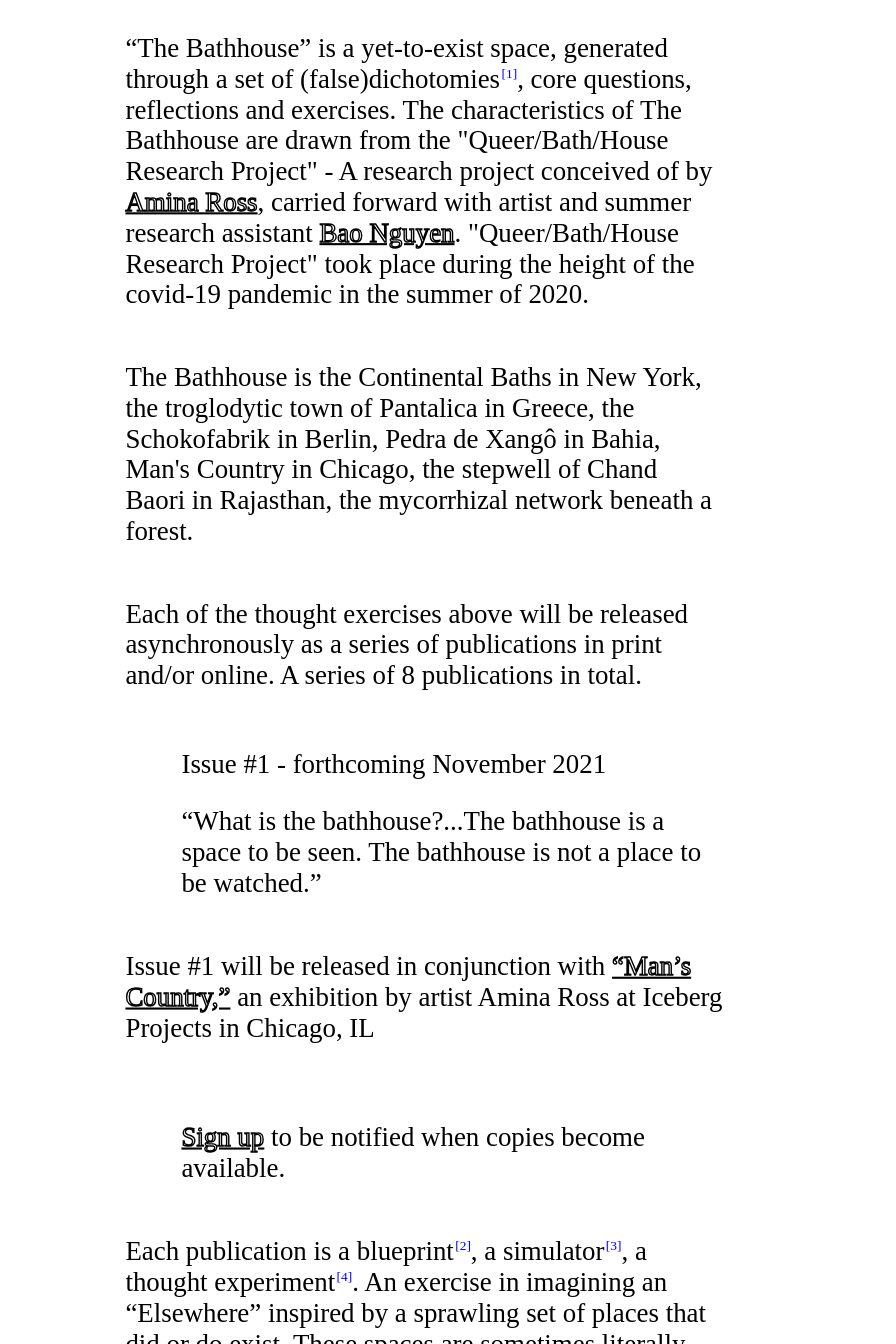
Repository: ayoungblood2/bathhouse.online
Page: index.html
These files come from the project's save history. The page is drawn as it stood at one moment and after the next save; the edit follows.
The browser window is 1280 px wide. The pictures show the part of the page from y = 2586 to 4506 px (the page is 5371 px tall), at 70% of full size.
An inner scrolling area shows only its first screen. Backgrounds fixed to the window are drawn as part of the page. Some web fonts or font styles are not loaded; a fallback is used.

Above is the page before, as saved 2021-10-16 18:02:14.
Not found: js/layout_main.js
Not found: js/three_main.js
Not found: style.css

After the next save:
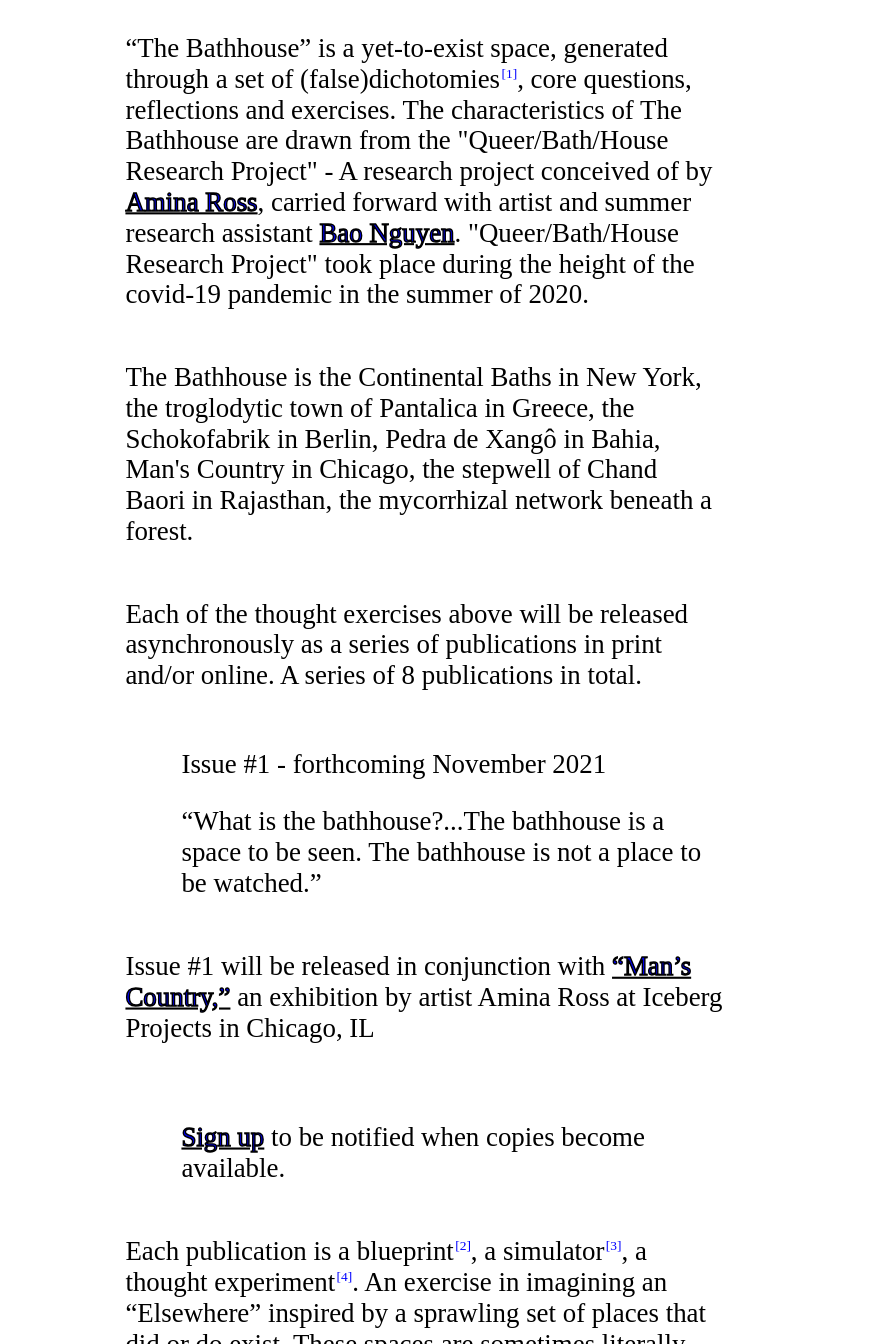
Saved 66 s later.
--- a/index.html
+++ b/index.html
@@ -296,9 +296,9 @@
                         core questions, reflections and exercises. The characteristics of The Bathhouse are drawn from
                         the
                         "Queer/Bath/House Research Project" - A research project conceived of by <a
-                            style="color: white; -webkit-text-stroke: 2px black;" href=aminaross.com>Amina
+                            style="-webkit-text-stroke: 2px black;" href=aminaross.com>Amina
                             Ross</a>, carried forward with artist and summer research assistant <a
-                            style="color: white; -webkit-text-stroke: 2px black;"
+                            style="-webkit-text-stroke: 2px black;"
                             href=https://nguyenbao.myportfolio.com>
                             Bao Nguyen</a>. "Queer/Bath/House Research Project" took place during the
                         height of the covid-19 pandemic in the summer of 2020.
@@ -326,13 +326,13 @@
                     <br> <br>
                     <p>
                         Issue #1 will be released in conjunction with <a
-                            style="color: white; -webkit-text-stroke: 2px black;" href=https://icebergchicago.com>“Man’s
+                            style="-webkit-text-stroke: 2px black;" href=https://icebergchicago.com>“Man’s
                             Country,”</a> an exhibition by artist Amina Ross at Iceberg Projects in Chicago, IL
                     </p>
                     <br> <br>
                     <p>
 
-                    <p class="tab"><a style="color: white; -webkit-text-stroke: 2px black;"
+                    <p class="tab"><a style=" -webkit-text-stroke: 2px black;"
                             href=https://forms.gle/NMAofWzGxNe4W74i9>Sign up</a> to be notified when copies become
                         available.</p>
 
